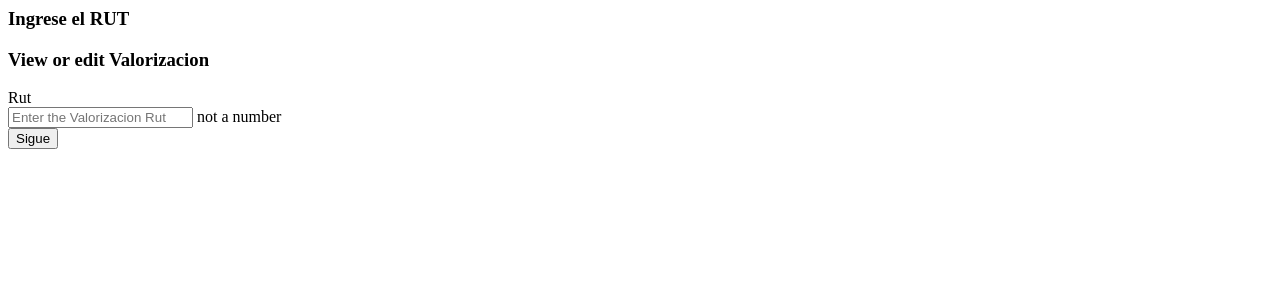
Repository: PabloRPalma/SistemaVentaSeguros
Page: Cotizador/src/main/webapp/views/Valorizacion/detail.html
The author's editor kept a copy of each file at every save. The page is drawn from the files as they stood at one save, then again after the next save.
The browser window is 1280 px wide. The pictures show the whole page.

Above is the page before, as saved 2021-02-07 19:22:16.

### Cotizador/src/main/webapp/views/Valorizacion/detail.html
<header ng-switch on="$location.path().indexOf('/Valorizacions/new') > -1">
    <h3 ng-switch-when="true">Ingrese el RUT</h3>
    <h3 ng-switch-when="false">View or edit Valorizacion</h3>
</header>
<form id="ValorizacionForm" name="ValorizacionForm" class="form-horizontal" role="form">



    <div class="form-group" ng-class="{'has-error': ValorizacionForm.rut.$invalid}">
        <label for="rut" class="col-sm-2 control-label">Rut</label>
        <div id="rutControls" class="col-sm-10">
            <input  ng-rut rut-format="live"  t ng-keyup="$event.keyCode == 13 && buscarRut()" ng-blur="buscarRut()" type="text" id="rut" name="rut" class="form-control" ng-model="valorizacion.rut" placeholder="Enter the Valorizacion Rut"></input>
            <span class="help-block error" ng-show="ValorizacionForm.rut.$error.number">not a number</span>
        </div>
    </div>


    <div class="form-group">
        <div class="col-sm-offset-2 col-sm-10">
            <button id="saveValorizacion" name="saveValorizacion" class="btn btn-primary" ng-disabled="isClean() || ValorizacionForm.$invalid" ng-click="save()"><span class="glyphicon glyphicon-ok-sign"></span> Sigue</button>


        </div>
    </div>
</form>

After the next save:
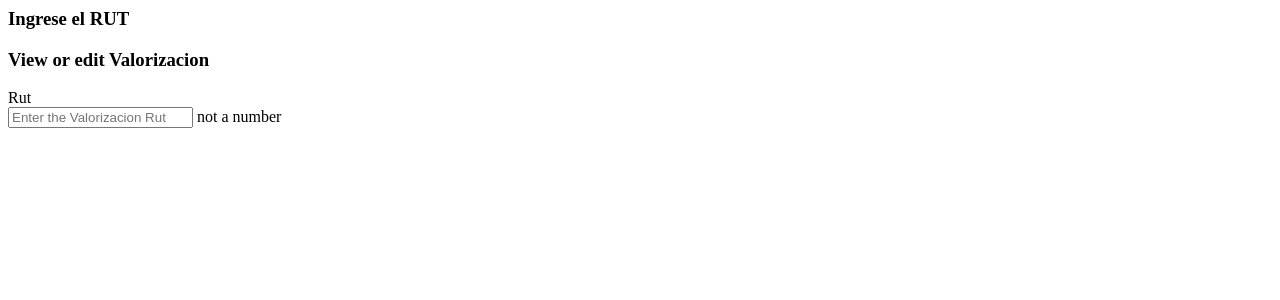
Saved 35 s later.
--- a/Cotizador/src/main/webapp/views/Valorizacion/detail.html
+++ b/Cotizador/src/main/webapp/views/Valorizacion/detail.html
@@ -17,7 +17,6 @@
 
     <div class="form-group">
         <div class="col-sm-offset-2 col-sm-10">
-            <button id="saveValorizacion" name="saveValorizacion" class="btn btn-primary" ng-disabled="isClean() || ValorizacionForm.$invalid" ng-click="save()"><span class="glyphicon glyphicon-ok-sign"></span> Sigue</button>
 
 
         </div>
